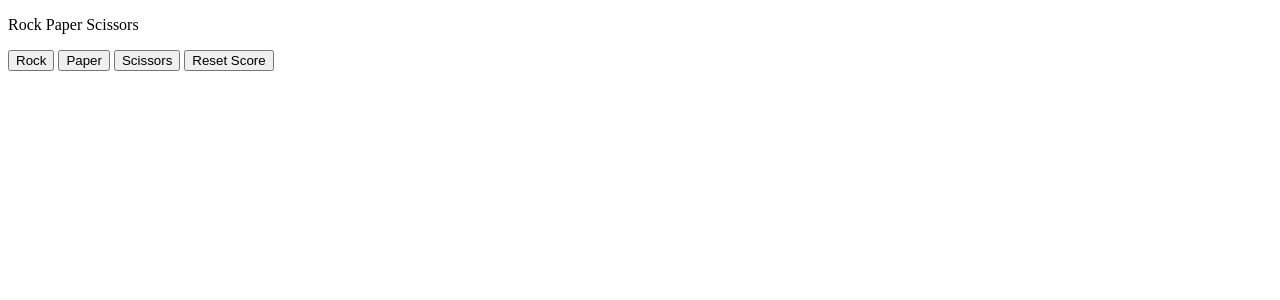
Repository: Samkiroko/Javascript-course
Page: 09-rock-paper-scissior.html
The author's editor kept a copy of each file at every save. The page is drawn from the files as they stood at one save, then again after the next save.
The browser window is 1280 px wide. The pictures show the whole page.

Above is the page before, as saved 2023-08-25 19:06:24.

After the next save:
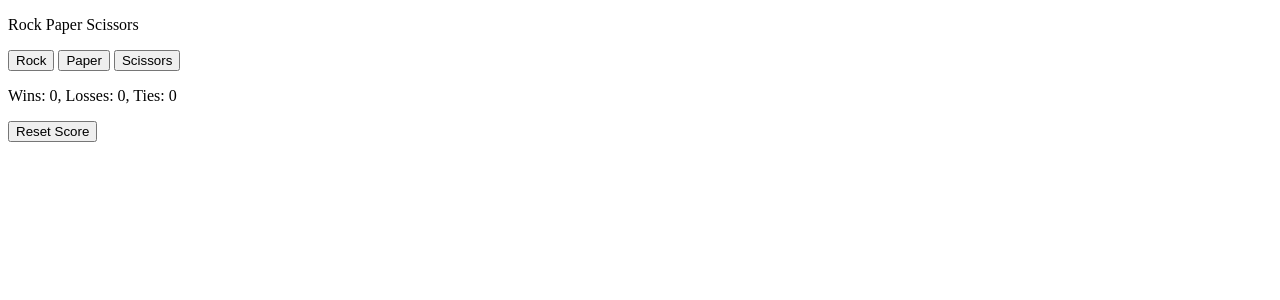
Saved 2 min 20 s later.
--- a/09-rock-paper-scissior.html
+++ b/09-rock-paper-scissior.html
@@ -28,6 +28,7 @@
     >
       Scissors
     </button>
+    <p class="js-score"></p>
 
     <button
       onclick="
@@ -46,6 +47,10 @@
         losses: 0,
         ties: 0,
       };
+
+      document.querySelector(
+        '.js-score'
+      ).innerHTML = `Wins: ${score.wins}, Losses: ${score.losses}, Ties: ${score.ties}`;
 
       /*
       if (!score) {
